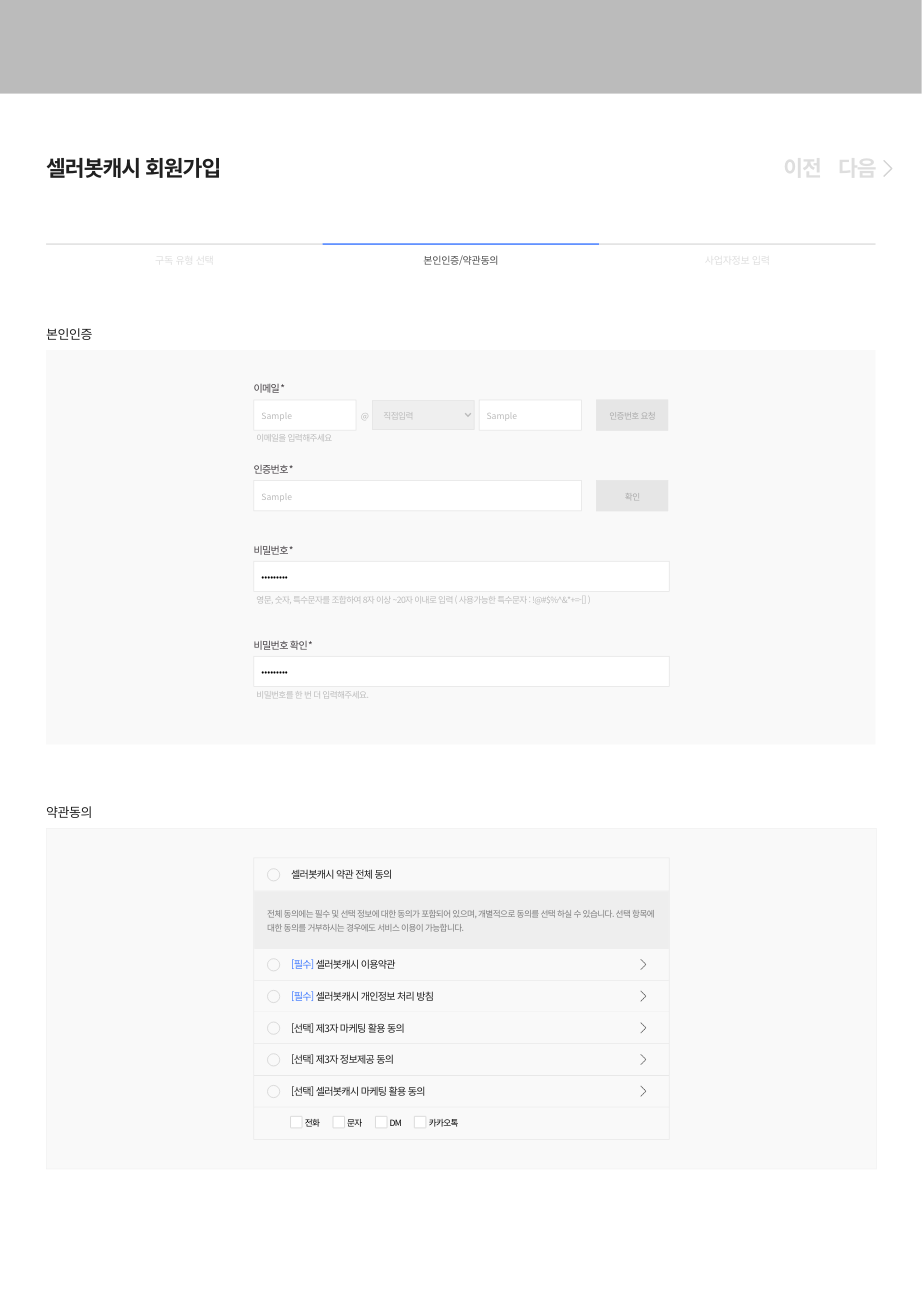
Repository: elemapfelr/ownServer
Page: test-server/web/sellerbot_signup/step_02.html
An editor plug-in stored every save of this project. The page is shown before and after the next save, followed by the edit.
The browser window is 1280 px wide. The pictures show the whole page, at 72% of full size.
Empty fields were first filled with sample values (such as "Sample", 5 or name@example.com).
After loading, the first visible `#nextStep` was clicked once.
The style sheet was rebuilt from its Sass, Less or Tailwind sources for each picture, by a compiler version that may differ from the author's.

Above is the page before, as saved 2023-03-10 17:41:21.

### test-server/web/sellerbot_signup/step_02.html
<!DOCTYPE html>
<html lang="ko">

<head>
	<meta charset="UTF-8">
	<meta http-equiv="X-UA-Compatible" content="IE=edge">
	<meta name="viewport" content="width=device-width, initial-scale=1.0">
	<title>셀러봇캐시 회원가입</title>
	<link rel="stylesheet" href="./css/step_02.css">
	<script type="module" src="./js/step_02.js" defer></script>
</head>

<body>
	<!-- <header>는 기존헤더로 대체하면 됩니다 임시로 넣어둠 -->
	<header></header>
	<main>
		<section>
			<button class="fixed2" id="prevStep">
				<span>이전</span>
			</button>
			<button class="fixed _70" id="nextStep">
				<span>다음</span>
				<img src="./img/rightArrow.svg" />
			</button>
			<article id="top">
				<div class="title">
					<h1>셀러봇캐시 회원가입</h1>
				</div>
				<div class="processBar">
					<div class="first step">
						<span class="line"></span>
						<p>구독 유형 선택</p>
					</div>
					<div class="second step active">
						<span class="line"></span>
						<p>본인인증/약관동의</p>
					</div>
					<div class="third step">
						<span class="line"></span>
						<p>사업자정보 입력</p>
					</div>
				</div>
			</article>
			<article id="selfVerification">
				<h2>본인인증</h2>
				<div class="formBg">
					<div class="formDiv">
						<p class="essential">이메일</p>
						<div class="flexRow emailRow">
							<div class="left">
								<input type="text" id="email" placeholder="이메일 입력">
								<span>@</span>
								<select id="domain">
									<option value="manual" selected>직접입력</option>
									<option value="naver.com">naver.com</option>
									<option value="daum.net">daum.net</option>
									<option value="hanmail.net">hanmail.net</option>
									<option value="gmail.com">gmail.com</option>
									<option value="nate.com">nate.com</option>
									<option value="me.com">me.com</option>
									<option value="icloud.com">icloud.com</option>
									<option value="hotmail.com">hotmail.com</option>
									<option value="yahoo.com">yahoo.com</option>
								</select>
								<input type="text" id="manualDomain">
							</div>
							<button id="reqVerificationCode">인증번호 요청</button>
							<span id="msg1" class="underMsg">이메일을 입력해주세요</span>
						</div>
						<p class="essential">인증번호</p>
						<div class="flexRow">
							<div class="left">
								<input class="onlyNumber" type="text" id="verificationCode" placeholder="인증번호 입력">
							</div>
							<button id="confirmVerificationCode">확인</button>
							<span id="msg2" class="underMsg red">인증번호를 다시 확인해주세요.</span>
						</div>
						<p class="essential">비밀번호</p>
						<div class="row">
							<input type="password" id="pw" placeholder="비밀번호 입력">
							<span class="underMsg">영문, 숫자, 특수문자를 조합하여 8자 이상 ~20자 이내로 입력 ( 사용가능한 특수문자 : !@#$%^&*+=-[] )</span>
							<span id="msg3" class="errMsg">비밀번호가 형식에 맞지 않습니다.</span>
						</div>
						<p class="essential">비밀번호 확인</p>
						<div class="row">
							<input type="password" id="pwCheck" placeholder="비밀번호 입력">
							<span class="underMsg">비밀번호를 한 번 더 입력해주세요.</span>
							<span id="msg4" class="errMsg">비밀번호가 일치하지 않습니다.</span>
						</div>
					</div>
				</div>
			</article>
			<article id="termsAgree">
				<h2>약관동의</h2>
				<div class="formBg">
					<div class="formDiv">
						<div class="checkAll">
							<div class="checkBoxDiv">
								<input type="checkbox" id="checkAll" class="chkBox">
								<label class="checkBox" for="checkAll"></label>
								<label class="text" for="checkAll" style="color:black;"></label>
							</div>
							<p class="text_checkBox">셀러봇캐시 약관 전체 동의</p>
						</div>
						<div class="grayBox">
							<pre>전체 동의에는 필수 및 선택 정보에 대한 동의가 포함되어 있으며, 개별적으로 동의를 선택 하실 수 있습니다. 선택 항목에 대한 동의를 거부하시는 경우에도 서비스 이용이 가능합니다.</pre>
						</div>
						<div class="accordion">
							<div class="title">
								<div class="left">
									<div class="checkBoxDiv">
										<input type="checkbox" id="terms_01" class="chkBox">
										<label class="checkBox" for="terms_01"></label>
										<label class="text" for="terms_01" style="color:black;"></label>
									</div>
									<p class="text_checkBox"><b>[필수]</b> 셀러봇캐시 이용약관</p>
								</div>
								<span><img src="./img/right-chevron.png" alt="right-chevron"></span>
							</div>
							<div class="panel">
								<div class="paddingBox">
									<pre>셀러봇캐시 통합서비스 약관

                                        제 1장 환영합니다!

                                        제 1조 (목적)

                                        주식회사 온리원(이하 '회사')이 제공하는 서비스를 이용해 주시는 모든 이용자분들께 감사드립니다. 회사는 이용자님들께 정산예정금 통합관리서비스부터 다양한 판매 통계서비스, 금융서비스까지 편리하게 제공해드릴 수</pre>
								</div>
							</div>
						</div>
						<div class="accordion">
							<div class="title">
								<div class="left">
									<div class="checkBoxDiv">
										<input type="checkbox" id="terms_02" class="chkBox">
										<label class="checkBox" for="terms_02"></label>
										<label class="text" for="terms_02" style="color:black;"></label>
									</div>
									<p class="text_checkBox"><b>[필수]</b> 셀러봇캐시 개인정보 처리 방침</p>
								</div>
								<span><img src="./img/right-chevron.png" alt="right-chevron"></span>
							</div>
							<div class="panel">
								<div class="paddingBox">
									<pre>Lorem ipsum dolor sit amet consectetur adipisicing elit. Tempora iure dolorum doloribus aut placeat perferendis modi provident, rem ipsum laudantium, natus ab porro soluta voluptatum culpa aperiam totam quidem vitae. Lorem ipsum dolor sit amet consectetur adipisicing elit. Unde delectus, recusandae aut id quod est iure perspiciatis libero ex exercitationem aspernatur sint neque hic ad expedita aliquid alias debitis. Unde!</pre>
								</div>
							</div>
						</div>
						<div class="accordion">
							<div class="title">
								<div class="left">
									<div class="checkBoxDiv">
										<input type="checkbox" id="terms_04" class="chkBox">
										<label class="checkBox" for="terms_04"></label>
										<label class="text" for="terms_04" style="color:black;"></label>
									</div>
									<p class="text_checkBox">[선택] 제3자 마케팅 활용 동의</p>
								</div>
								<span><img src="./img/right-chevron.png" alt="right-chevron"></span>
							</div>
							<div class="panel">
								<div class="paddingBox">
									<pre>Lorem ipsum dolor sit amet consectetur adipisicing elit. Tempora iure dolorum doloribus aut placeat perferendis modi provident, rem ipsum laudantium, natus ab porro soluta voluptatum culpa aperiam totam quidem vitae. Lorem ipsum dolor sit amet consectetur adipisicing elit. Unde delectus, recusandae aut id quod est iure perspiciatis libero ex exercitationem aspernatur sint neque hic ad expedita aliquid alias debitis. Unde!</pre>
								</div>
							</div>
						</div>
						<div class="accordion">
							<div class="title">
								<div class="left">
									<div class="checkBoxDiv">
										<input type="checkbox" id="terms_05" class="chkBox">
										<label class="checkBox" for="terms_05"></label>
										<label class="text" for="terms_05" style="color:black;"></label>
									</div>
									<p class="text_checkBox">[선택] 제3자 정보제공 동의</p>
								</div>
								<span><img src="./img/right-chevron.png" alt="right-chevron"></span>
							</div>
							<div class="panel">
								<div class="paddingBox">
									<pre>Lorem ipsum dolor sit amet consectetur adipisicing elit. Tempora iure dolorum doloribus aut placeat perferendis modi provident, rem ipsum laudantium, natus ab porro soluta voluptatum culpa aperiam totam quidem vitae. Lorem ipsum dolor sit amet consectetur adipisicing elit. Unde delectus, recusandae aut id quod est iure perspiciatis libero ex exercitationem aspernatur sint neque hic ad expedita aliquid alias debitis. Unde!</pre>
								</div>
							</div>
						</div>
						<div class="accordion">
							<div class="title">
								<div class="left">
									<div class="checkBoxDiv">
										<input type="checkbox" id="terms_03" class="chkBox">
										<label class="checkBox" for="terms_03"></label>
										<label class="text" for="terms_03" style="color:black;"></label>
									</div>
									<p class="text_checkBox">[선택] 셀러봇캐시 마케팅 활용 동의</p>
								</div>
								<span><img src="./img/right-chevron.png" alt="right-chevron"></span>
							</div>
							<div class="panel marketing">
								<div class="paddingBox">
									<pre>셀러봇캐시 마케팅활용 동의 철회를 원하시는 분은 로그인 후 마이페이지 회원정보에서 해지 해주시길 바랍니다. 셀러봇캐시 마케팅활용 미동의 시 셀러봇캐시의 다양한 혜택이 제한됨을 알려드립니다.</pre>
									<img src="./img/step_02_marketing.png" alt="table">
								</div>
							</div>
							<div class="checkBoxRow">
								<div class="checkBoxDiv square">
									<input type="checkbox" id="phoneCall" class="chkBox">
									<label class="checkBox" for="phoneCall"></label>
									<label class="text" for="phoneCall" style="color:black;">전화</label>
								</div>
								<div class="checkBoxDiv square">
									<input type="checkbox" id="msg" class="chkBox">
									<label class="checkBox" for="msg"></label>
									<label class="text" for="msg" style="color:black;">문자</label>
								</div>
								<div class="checkBoxDiv square">
									<input type="checkbox" id="dm" class="chkBox">
									<label class="checkBox" for="dm"></label>
									<label class="text" for="dm" style="color:black;">DM</label>
								</div>
								<div class="checkBoxDiv square">
									<input type="checkbox" id="kakaoTalk" class="chkBox">
									<label class="checkBox" for="kakaoTalk"></label>
									<label class="text" for="kakaoTalk" style="color:black;">카카오톡</label>
								</div>
							</div>
						</div>
					</div>
				</div>
			</article>
		</section>
	</main>
</body>

</html>

### test-server/web/sellerbot_signup/js/step_02.js
document.querySelector('#prevStep').addEventListener('click', () => {
	location.href = './step_01.html';
});
document.querySelector('#nextStep').addEventListener('click', () => {
	if (document.querySelector('#nextStep').classList.contains('active')) {
		location.href = './step_03.html';
	}
});

// 아코디언 🎵
let acc = document.querySelectorAll('.accordion');
acc.forEach((el) => {
	el.querySelector('.title span').addEventListener('click', () => {
		el.classList.toggle('active');

		/* Toggle between hiding and showing the active panel */
		let panel = el.querySelector('.panel');
		if (panel.style.maxHeight) {
			panel.style.maxHeight = null;
		} else {
			if (panel.scrollHeight < 300) {
				panel.style.maxHeight = panel.scrollHeight + 'px';
			} else {
				panel.style.maxHeight = '300px';
			}
		}
	});
});

document.querySelector('#domain').addEventListener('change', () => {
	if (document.querySelector('#domain').value == 'manual') {
		document.querySelector('#manualDomain').removeAttribute('disabled');
	} else {
		document.querySelector('#manualDomain').setAttribute('disabled', true);
	}
});

// 다음 버튼 활성화용 플래그
let flagObj = {
	verifFlag: false,
	pwFlag: false,
	pwCheckFlag: false,
	terms1Flag: false,
	terms2Flag: false,
};
function flagChecker(flag, bool) {
	flagObj[flag] = bool;

	let notChecked = Object.keys(flagObj).find((key) => flagObj[key] === false);

	if (!notChecked) {
		document.querySelector('#nextStep').classList.add('active');
	} else {
		document.querySelector('#nextStep').classList.remove('active');
	}
}

//인증번호 요청 클릭 시
document.querySelector('#reqVerificationCode').addEventListener('click', (e) => {
	if (!document.querySelector('#email').value) {
		document.querySelector('#email').focus();
		return false;
	} else if (document.querySelector('#domain').value == '') {
		document.querySelector('#domain').focus();
		return false;
	} else if (
		document.querySelector('#domain').value == 'manual' &&
		!document.querySelector('#manualDomain').value
	) {
		document.querySelector('#manualDomain').focus();
		return false;
	} else {
		let domain;
		if (document.querySelector('#domain').value == 'manual') {
			domain = document.querySelector('#manualDomain').value;
		} else {
			domain = document.querySelector('#domain').value;
		}
		const emailAddress = document.querySelector('#email').value + '@' + domain;
		// 메일로 인증코드 발송
		// ...

		if (document.querySelector('#reqVerificationCode').classList.contains('blue')) {
			document.querySelector(
				'#msg1'
			).innerHTML = `입력하신 이메일<b>(${emailAddress})</b>으로 인증번호가 재발송되었습니다.`;
		} else {
			document.querySelector(
				'#msg1'
			).innerHTML = `입력하신 이메일<b>(${emailAddress})</b>으로 인증번호가 발송되었습니다.`;
		}

		document.querySelector('#reqVerificationCode').innerHTML = '재발송';
		document.querySelector('#reqVerificationCode').classList.add('blue');
	}
});

//인증번호 확인 클릭 시
document.querySelector('#confirmVerificationCode').addEventListener('click', (e) => {
	let codeVal = document.querySelector('#verificationCode').value;

	// 인증번호가 입력되지 않았거나 일치하지 않을 경우
	if (!codeVal) {
		document.querySelector('#msg2').style.display = 'block';
	} else {
		document.querySelector('#confirmVerificationCode').innerHTML = '인증완료';
		document.querySelector('#confirmVerificationCode').classList.add('blue');
		document.querySelector('#confirmVerificationCode').style.pointerEvents = 'none';
		document.querySelector('#verificationCode').setAttribute('disabled', true);
		document.querySelector('#email').setAttribute('disabled', true);
		document.querySelector('#domain').setAttribute('disabled', true);
		document.querySelector('#manualDomain').setAttribute('disabled', true);
		document.querySelector('#reqVerificationCode').setAttribute('disabled', true);
		flagChecker('verifFlag', true);
	}
});

// 비밀번호 유효성 체크
document.querySelector('#pw').addEventListener('keyup', (e) => {
	let regexp = new RegExp(/^(?=.*?[a-zA-Z])(?=.*?\d)(?=.*?[!@#$%^&*+=\-[\]]).{8,20}$/);
	if (!regexp.test(e.target.value)) {
		document.querySelector('#msg3').style.display = 'block';
		flagChecker('pwFlag', false);
	} else {
		document.querySelector('#msg3').style.display = 'none';
		flagChecker('pwFlag', true);
	}
});
// 비밀번호 확인 체크
document.querySelector('#pwCheck').addEventListener('keyup', (e) => {
	if (e.target.value !== document.querySelector('#pw').value) {
		document.querySelector('#msg4').style.display = 'block';
		flagChecker('pwCheckFlag', false);
	} else {
		document.querySelector('#msg4').style.display = 'none';
		flagChecker('pwCheckFlag', true);
	}
});

// 필수 약관 체크
document.querySelector('#terms_01').addEventListener('change', () => {
	if (document.querySelector('#terms_01').checked) {
		flagChecker('terms1Flag', true);
	} else {
		flagChecker('terms1Flag', false);
	}
});

document.querySelector('#terms_02').addEventListener('change', () => {
	if (document.querySelector('#terms_02').checked) {
		flagChecker('terms2Flag', true);
	} else {
		flagChecker('terms2Flag', false);
	}
});

// 전체 동의 클릭
document.querySelector('#checkAll').addEventListener('change', () => {
	const termsArr = ['#terms_01', '#terms_02', '#terms_03', '#terms_04', '#terms_05'];
	if (document.querySelector('#checkAll').checked) {
		termsArr.forEach((el) => {
			document.querySelector(el).checked !== true ? document.querySelector(el).click() : null;
		});
	} else {
		termsArr.forEach((el) => {
			document.querySelector(el).checked !== false
				? document.querySelector(el).click()
				: null;
		});
	}
});

document.querySelector('#terms_03').addEventListener('change', () => {
	if (document.querySelector('#terms_03').checked) {
		document.querySelector('#phoneCall').checked = true;
		document.querySelector('#msg').checked = true;
		document.querySelector('#dm').checked = true;
		document.querySelector('#kakaoTalk').checked = true;
	} else {
		document.querySelector('#phoneCall').checked = false;
		document.querySelector('#msg').checked = false;
		document.querySelector('#dm').checked = false;
		document.querySelector('#kakaoTalk').checked = false;
	}
});

document.querySelectorAll('.checkBoxRow input').forEach((el) => {
	el.addEventListener('click', () => {
		if (el.checked) {
			document.querySelector('#terms_03').checked = true;
		}
	});
});

// 약관 텍스트 클릭 시 체크박스 클릭됨
document.querySelectorAll('.text_checkBox').forEach((el) => {
	el.addEventListener('click', () => {
		el.parentNode.querySelector('input.chkBox').click();
	});
});

// 숫자만 입력 가능 🔢
document.querySelectorAll('.onlyNumber').forEach((el) => {
	el.addEventListener('keyup', () => {
		el.value = el.value.replace(/[^0-9.]/g, '').replace(/(\..*)\./g, '$1');
	});
});

### test-server/web/sellerbot_signup/css/scss/_modal.scss
.modal {
	position: fixed;
	top: 0;
	left: 0;
	width: 100%;
	height: 100%;
	background-color: transparentize(#202020, .4);
	align-items: center;
	justify-content: center;
	z-index: 1000;
	overflow: hidden;
	display: flex;
	padding: 0 30px;
	box-sizing: border-box;

	.layerPopup {
		width: fit-content;
		height: auto;
		margin: 0 auto;
		box-sizing: border-box;
		overflow: hidden;
		position: relative;

		.popupHead {
			width: 100%;
			height: 40px;
			display: flex;
			justify-content: right;
			align-items: flex-start;

			button {
				cursor: pointer;
				border: none;
				background: none;

				span {
					font-size: 16px;
					font-weight: 300;
					letter-spacing: -1.12px;
					text-align: left;
					color: #fff;
				}
			}
		}

		.popupBody {
			width: 100%;
			height: auto;
			background-color: white;
			max-height: 70vh;
			overflow-y: auto;
			overflow-x: hidden;

			&::-webkit-scrollbar {
                width: 12px;
                height: 12px;
            }

            &::-webkit-scrollbar-track {
                background-color: #fff;
                border: 1px solid #e2e2e2;
            }

            &::-webkit-scrollbar-thumb {
                background-color: #f2f2f2;
                border: 1px solid #e2e2e2;
            }

			h1{
				font-size: 24px;
				font-weight: bold;
				letter-spacing: -1.92px;
				text-align: center;
				color: #202020;
			}
		}

		.btnBox {
			width: 100%;
			height: auto;
			margin: 0 auto;
			display: flex;
			align-items: center;

			button {
				width: 100%;
				outline: none;
				padding: 15px 0;
				cursor: pointer;
				border: none;
				font-size: 16px;
				font-weight: 500;
				letter-spacing: -1.12px;
				text-align: center;
				color: #2e1e00;
				// background-color: ;
			}
		}
	}
}

Loaded but not shown: test-server/web/sellerbot_signup/css/scss/step_02.scss (456 lines, source omitted); test-server/web/sellerbot_signup/css/scss/_common.scss (372 lines, source omitted)

After the next save:
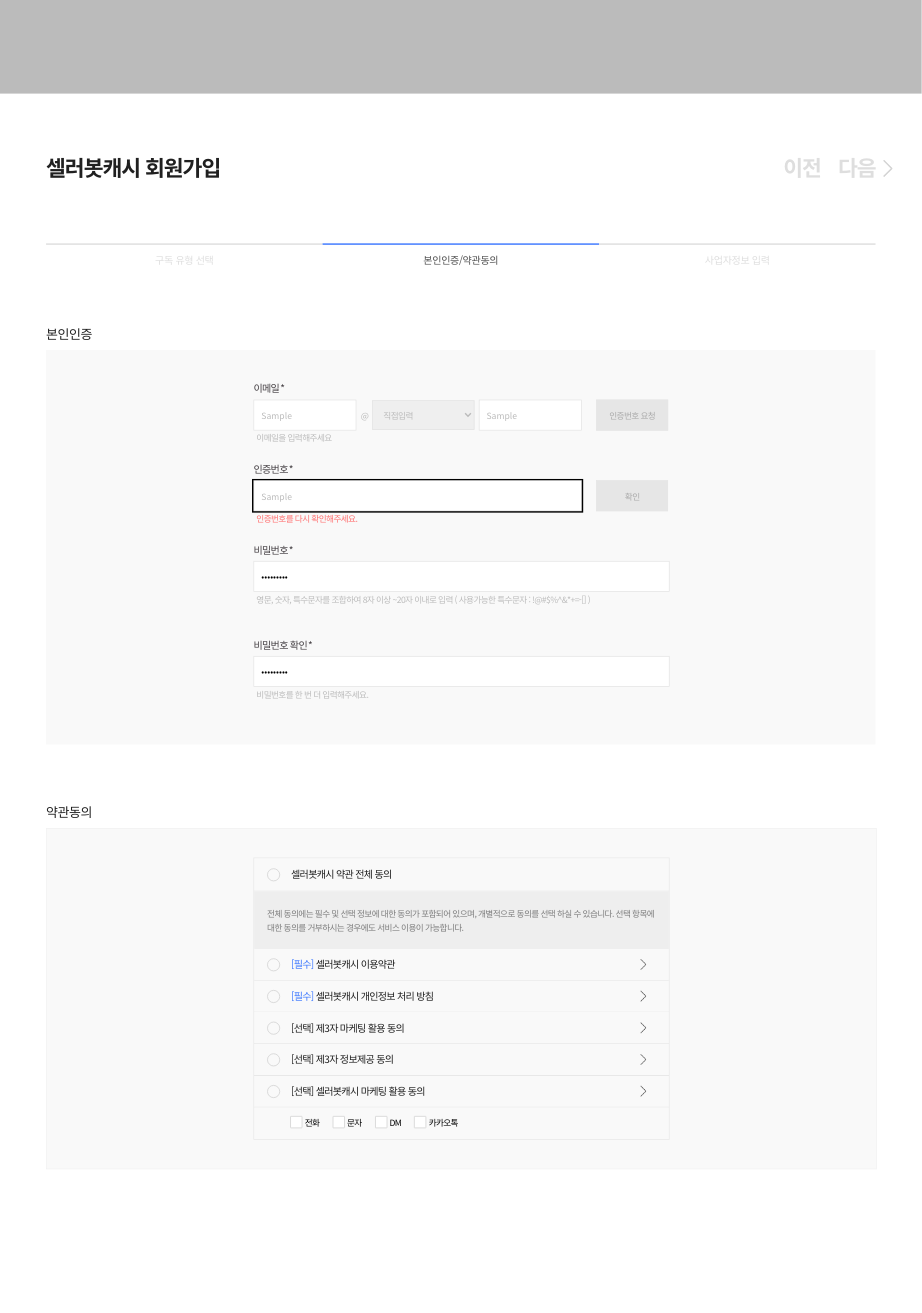
Saved 7 min 25 s later.
--- a/test-server/web/sellerbot_signup/js/step_02.js
+++ b/test-server/web/sellerbot_signup/js/step_02.js
@@ -2,6 +2,38 @@
 	location.href = './step_01.html';
 });
 document.querySelector('#nextStep').addEventListener('click', () => {
+	if (!document.querySelector('#email').value) {
+		document.querySelector('#email').focus();
+		document.querySelector('#msg1').style.display = 'block';
+		return false;
+	}
+	if (!document.querySelector('#verificationCode').value) {
+		document.querySelector('#verificationCode').focus();
+		document.querySelector('#msg2').style.display = 'block';
+		return false;
+	}
+	if (!document.querySelector('#reqVerificationCode').classList.contains('blue')) {
+		document.querySelector('#verificationCode').focus();
+		document.querySelector('#msg2').style.display = 'block';
+		return false;
+	}
+
+	if (!userName.value) {
+		userName.focus();
+		document.querySelector('#msg3').style.display = 'block';
+		return false;
+	}
+	if (!userPhone_2.value) {
+		userPhone_2.focus();
+		document.querySelector('#msg4').style.display = 'block';
+		return false;
+	}
+	if (!funnel.value) {
+		funnel.focus();
+		document.querySelector('#msg5').style.display = 'block';
+		return false;
+	}
+
 	if (document.querySelector('#nextStep').classList.contains('active')) {
 		location.href = './step_03.html';
 	}
